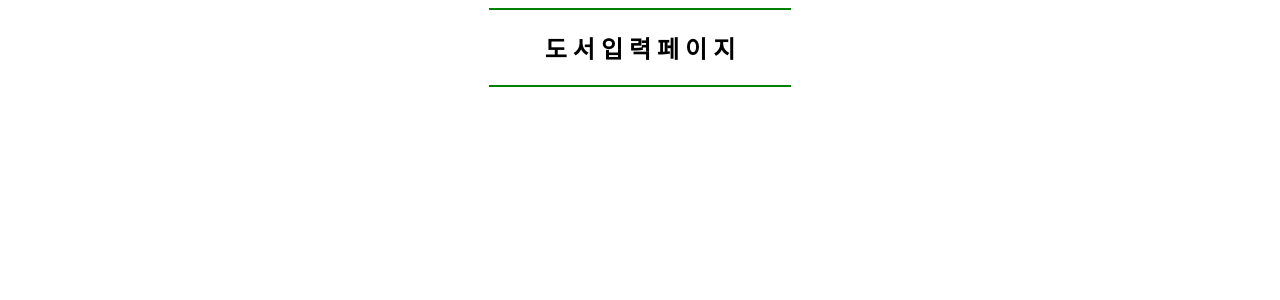
Repository: sungeunbyeol/Nowon-ezen-jsp
Page: http://localhost/jspBook/book/book.jsp
The author's editor kept a copy of each file at every save. The page is drawn from the files as they stood at one save, then again after the next save.
The browser window is 1280 px wide. The pictures show the whole page.
The page is served by Tomcat 9.

Above is the page before, as saved 2021-11-04 03:23:39.

After the next save:
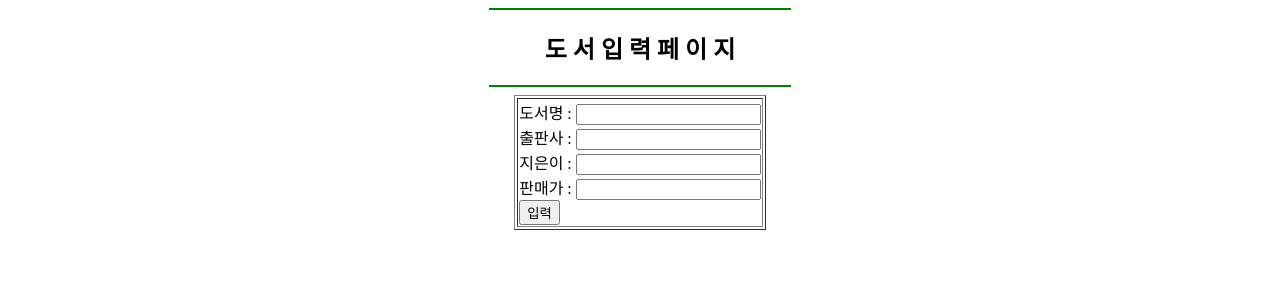
Saved 2 min 1 s later.
--- a/jspBook/WebContent/book/book.jsp
+++ b/jspBook/WebContent/book/book.jsp
@@ -12,7 +12,17 @@
 	<h2>도 서 입 력 페 이 지</h2>
 	<hr color = "green" width="300">
 		<form name="f" action="insert.jsp" method="post">
-
+			<table border="1">
+				<tr>
+					<td>
+					도서명 : <input type="text" name="bookname"> <br>
+					출판사 : <input type="text" name="publisher"> <br>
+					지은이 : <input type="text" name="writer"> <br>
+					판매가 : <input type="text" name="price"> <br>
+					<input type="submit" value="입력";
+					<input type="reset" value="다시입력";
+					도서명 : <input type="text" name="bookname"> <br>
+			</table>
 		</form>
 	</div>
 </body>
